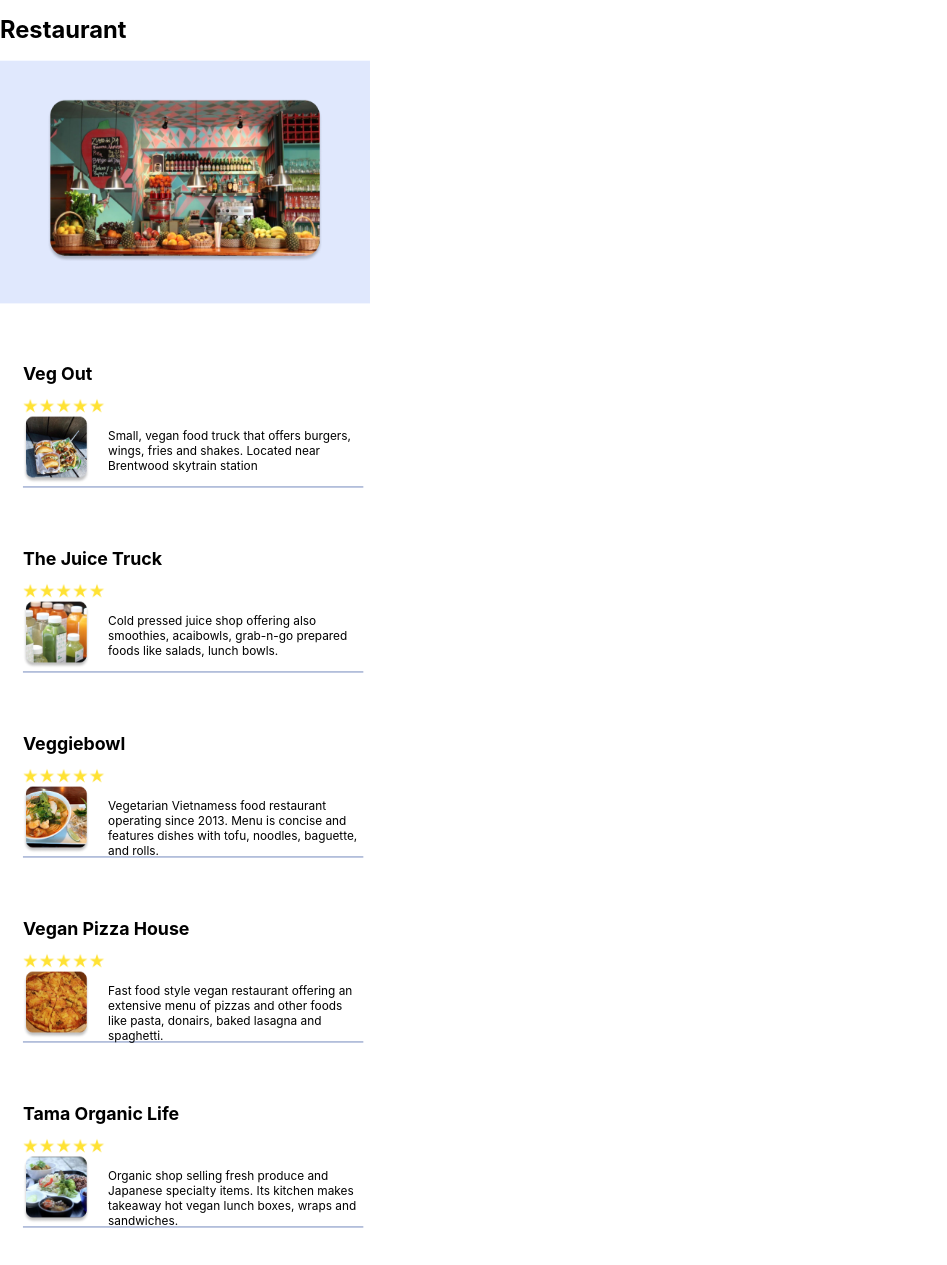
Repository: Kinakopan/design_mindfulEating_site
Page: /restaurant (app in firstapp/)
The author's editor kept a copy of each file at every save. The page is drawn from the files as they stood at one save, then again after a run of saves.
The browser window is 1280 px wide. The pictures show the whole page, at 74% of full size.
The project was rebuilt for these pictures with package versions that can differ from the ones it lists, and the page was loaded fresh each time. The framework's server and built-in components were replaced by stand-ins that run in the browser. Also part of the build but not shown: firstapp/next.config.js.

Above is the page before, as saved 2022-04-21 11:39:52.

### firstapp/pages/restaurant.js
import ImgCard from "../comps/ImgCard";
import RestaurantCard from "../comps/RestaurantCard";



export default function Restaurant(){

    return (
    <div>
        <h1>Restaurant</h1>

        <ImgCard
        img="/restaurant.png"
        bg="#E0E8FD"/>


    <main>
        <RestaurantCard>
        </RestaurantCard>

        <RestaurantCard
            img="/juice truck.png"
            h2="The Juice Truck"
            txt="Cold pressed juice shop offering also smoothies, acaibowls, grab-n-go prepared foods like salads, lunch bowls."
        ></RestaurantCard>

        <RestaurantCard
            img="/veggie bowl.png"
            h2="Veggiebowl"
            txt="Vegetarian Vietnamess food restaurant operating since 2013. Menu is concise and features dishes with tofu, noodles, baguette, and rolls."
        ></RestaurantCard>

         <RestaurantCard
            img="/vegan pizza.png"
            h2="Vegan Pizza House"
            txt="Fast food style vegan restaurant offering an extensive menu of pizzas and other foods like pasta, donairs, baked lasagna and spaghetti."
        ></RestaurantCard>

        <RestaurantCard
            img="/Tama img.png"
            h2="Tama Organic Life"
            txt="Organic shop selling fresh produce and Japanese specialty items. Its kitchen makes takeaway hot vegan lunch boxes, wraps and sandwiches."
        ></RestaurantCard>


    </main>
    </div>

    )
}

### firstapp/comps/ImgCard.js
import { Children } from 'react';
import styled from 'styled-components';

const CardCont = styled.div`
    background-color: ${props=>props.cl};
    color: ${props=>props.text_cl};
    min-width: 375px;
    max-width: 500px;
    padding: 1em 3em 1em 3em;
    border-radius: ${props=>props.border_radius};
    margin: ${props=>props.margin};
`;

const DispImage = styled.img`
    width: 100%;
    padding: 1em;
    margin: ${props=>props.image_margin};
`;

const List = styled.div`
    text-align: right;
`;

export default function ImgCard({
    img="/food1.png",
    bg="#E0E8FD",
    tcl="#08213E",
    title="",
    txt="",
    bor="",
    mar="",
    n1,n2,n3,n4="",
    marg="",
    Children=null

}){

    return <CardCont cl={bg} text_cl={tcl} border_radius={bor} margin={mar}>
        <h1>{title}</h1>
        <DispImage src={img} image_margin={marg}/>
        <br/>
        <List>
            <h2>{n1}</h2>
            <h2>{n2}</h2>
            <h2>{n3}</h2>
            <h2>{n4}</h2>
        </List>
        <p>{txt}</p>
        {Children}

    </CardCont>
}

### firstapp/comps/RestaurantCard.js

import styled from 'styled-components';


const ReCont = styled.div`
background-color:white;
width:500px;
position:relative;
height: 250px;
top:50px;
left: 1px;
padding: 10px 10px 10px 30px;
`
;

const ReImg = styled.img`
width:90px;



`;


const Text = styled.p`
float:right;
width:75%;
font-size: 16px;
text-align: left;
margin: 3 3 3 3;

`
;


const ResItem = styled.div`
border-bottom:2px solid #A2b0d3;

`

;

const Title = styled.h2`
width:250px;

`
;

const Button = styled.img`
top:100px;
background-color:"red";
height:20px;
`


export default function RestaurantCard({
    img="/veg out.png",
    bg="#E0E8FD",
    h2="Veg Out",
    txt="Small, vegan food truck that offers burgers, wings, fries and shakes. Located near Brentwood skytrain station",


}){

    return <ReCont
    cl={bg} txt={txt}>
    <Title>{h2}</Title>
    <Button img src="/start rating.png"></Button>
    <ResItem>

        <ReImg src={img}></ReImg>

        <Text>{txt}</Text>


    </ResItem>


    </ReCont>

}


//export default function RestaurantCard(){
    //return(
   //     <img src="/veg out.png" />
   // )

//}

Loaded but not shown: firstapp/pages/_app.js (common file); firstapp/styles/globals.css (common file)

After the next 2 saves:
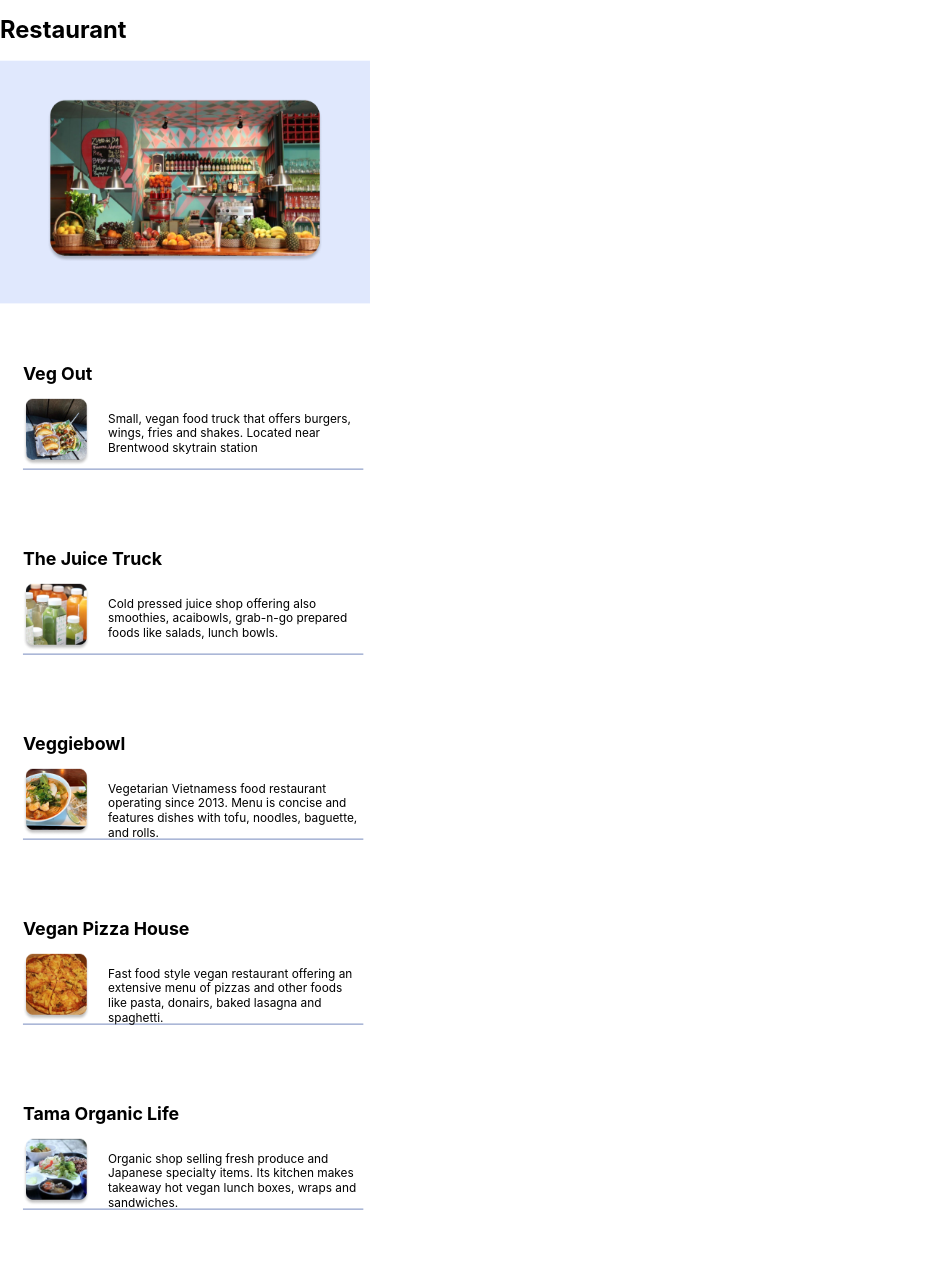
The 2 saves are shown as one change because 1 did not build or start.
The last was saved 2 h 12 min later.
--- a/firstapp/comps/RestaurantCard.js
+++ b/firstapp/comps/RestaurantCard.js
@@ -45,11 +45,19 @@
 `
 ;
 
-const Button = styled.img`
+const Image = styled.img`
 top:100px;
 background-color:"red";
 height:20px;
+
 `
+
+
+//const Button = styled.img`
+//top:100px;
+//background-color:"red";
+//height:20px;
+//`
 
 
 export default function RestaurantCard({
@@ -64,7 +72,7 @@
     return <ReCont
     cl={bg} txt={txt}>
     <Title>{h2}</Title>
-    <Button img src="/start rating.png"></Button>
+
     <ResItem>
 
         <ReImg src={img}></ReImg>

After the save that followed:
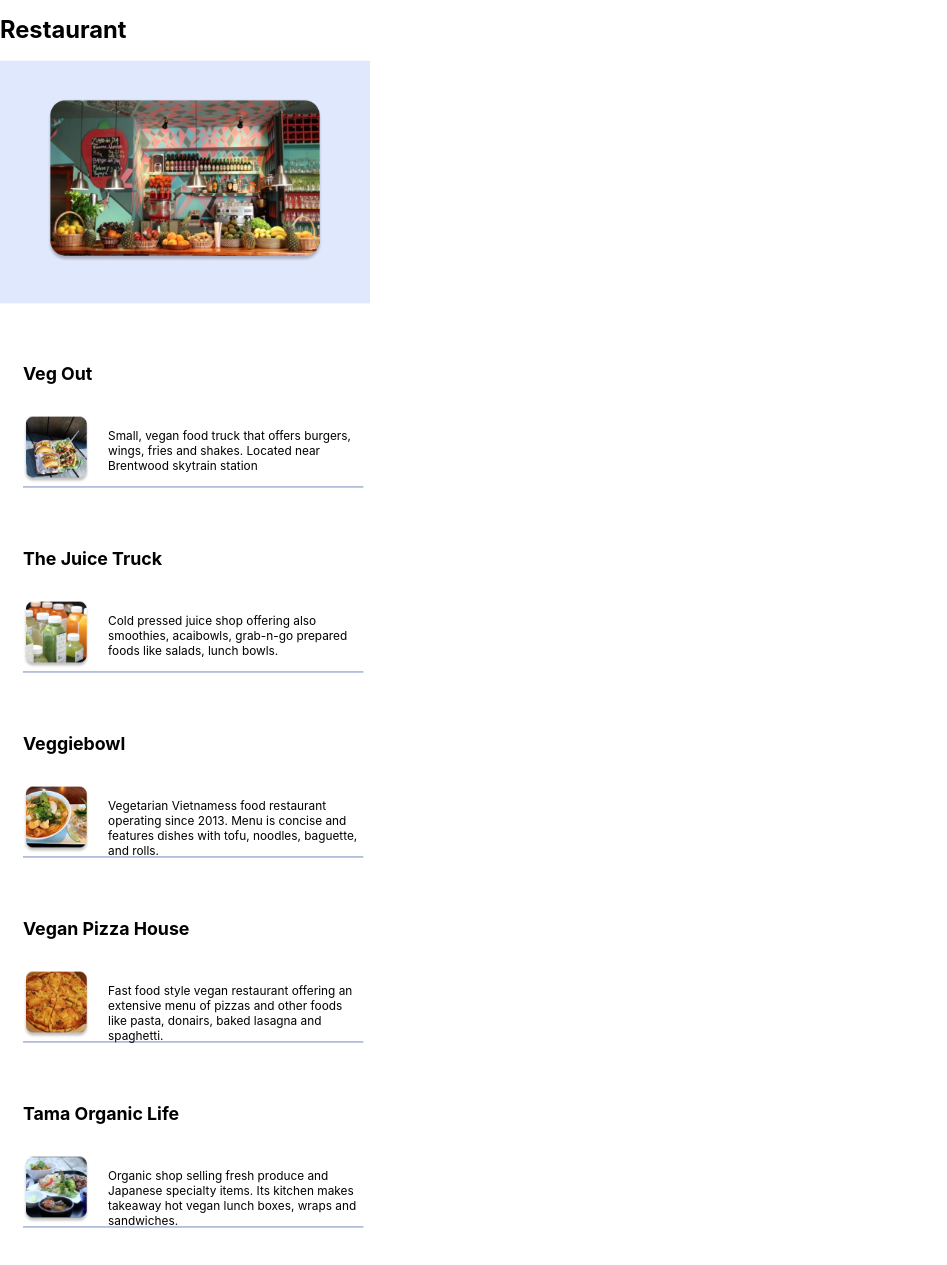
Saved 16 s later.
--- a/firstapp/comps/RestaurantCard.js
+++ b/firstapp/comps/RestaurantCard.js
@@ -72,7 +72,7 @@
     return <ReCont
     cl={bg} txt={txt}>
     <Title>{h2}</Title>
-
+    <Image></Image>
     <ResItem>
 
         <ReImg src={img}></ReImg>
